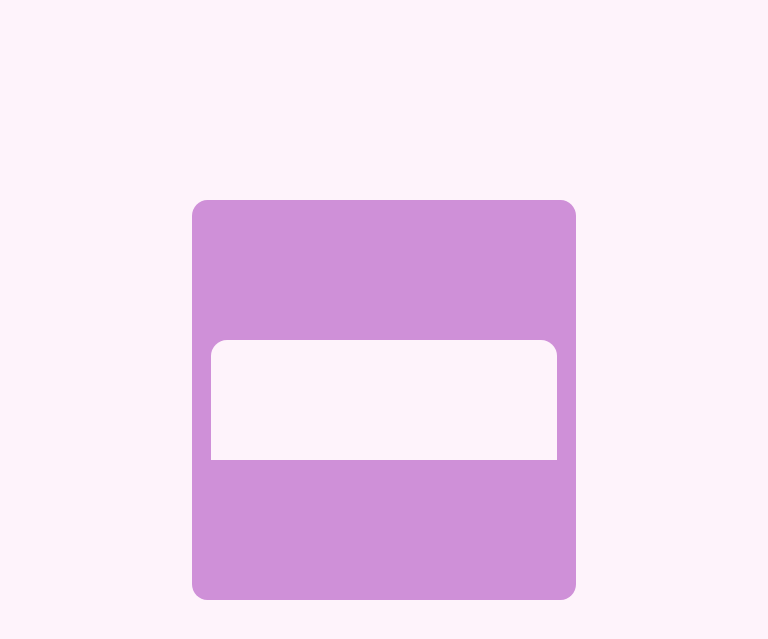
Repository: 2001mariana/Calculator_react
Page: /
An editor plug-in stored every save of this project. The page is shown before and after a run of saves, followed by the edit.
The browser window is 768 px wide. The pictures show the whole page.
The project was rebuilt for these pictures with package versions that can differ from the ones it lists, and the page was loaded fresh each time.

Above is the page before, as saved 2023-02-06 17:25:20.

After the next 2 saves:
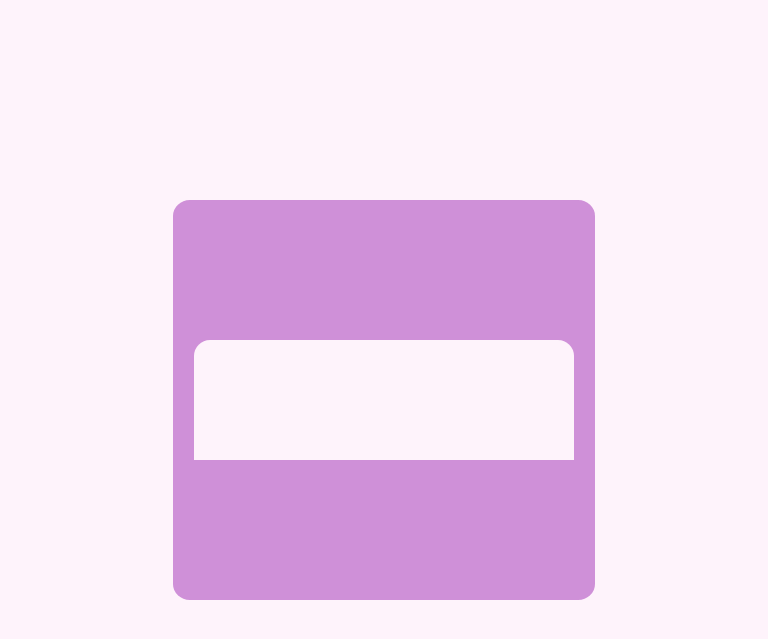
The 2 saves are shown as one change because they came seconds apart.
The last was saved 7 s later.
--- a/src/App.css
+++ b/src/App.css
@@ -30,8 +30,8 @@
   }
 }
 
-@media (max-width: 900px) {
+@media (max-width: 1000px) {
   .Calculator__body {
-    width: 50vw;
+    width: 55vw;
   }
 }
